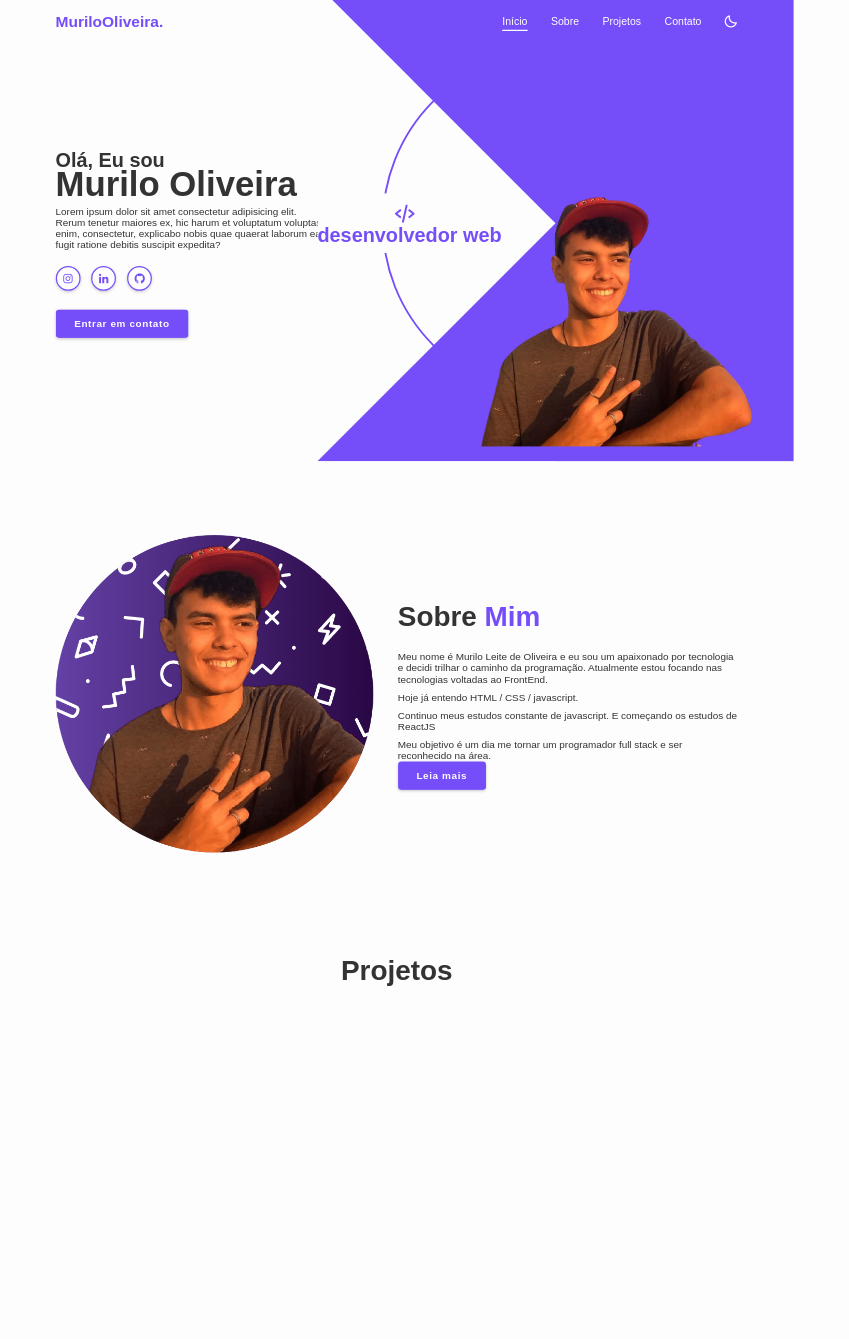
Repository: devMuriloOliveira/Portfolio-
Page: index.html
These files come from the project's save history. The page is drawn as it stood at one moment and after the next save; the edit follows.
The browser window is 1280 px wide. The page is 1280 px wide, then 1370 px, so the pictures cover 1370 px, including what lies to the right of the window. The pictures show the whole page, at 62% of full size.

Above is the page before, as saved 2023-03-12 17:23:38.

### index.html
<!DOCTYPE html>
<html lang="en">
  <head>
    <meta charset="UTF-8" />
    <meta http-equiv="X-UA-Compatible" content="IE=edge" />
    <meta name="viewport" content="width=device-width, initial-scale=1.0" />
    <title>Murilo Oliveira</title>

    <!--box icons-->
    <link
      href="https://unpkg.com/boxicons@2.1.4/css/boxicons.min.css"
      rel="stylesheet"
    />

    <!--font-->
    <link
      rel="stylesheet"
      href="https://fonts.googleapis.com/css2?family=Material+Symbols+Outlined:opsz,wght,FILL,GRAD@20..48,100..700,0..1,-50..200"
    />

    <!--css-->
    <link rel="stylesheet" href="style.css" />
  </head>
  <body>
    <header class="header">
      <a class="logo" href="#">Murilo<span>Oliveira</span>.</a>

      <nav class="navbar">
        <a href="#inicio" class="active">Início</a>
        <a href="#sobre">Sobre</a>
        <a href="#projetos">Projetos</a>
        <a href="#contato">Contato</a>
      </nav>

      <div class="bx bx bx-moon" id="darkMode-icon"></div>
    </header>

    <!------------inicio------------>

    <section class="inicio" id="inicio">
      <div class="inicio-content">
        <h3>Olá, Eu sou</h3>
        <h1>Murilo Oliveira</h1>
        <p>
          Lorem ipsum dolor sit amet consectetur adipisicing elit. Rerum tenetur
          maiores ex, hic harum et voluptatum voluptas enim, consectetur,
          explicabo nobis quae quaerat laborum ea fugit ratione debitis suscipit
          expedita?
        </p>

        <div class="social-media">
          <a href="#"><i class="bx bxl-instagram"></i></a>
          <a href="#"><i class="bx bxl-linkedin"></i></a>
          <a href="#"><i class="bx bxl-github"></i></a>
        </div>

        <a href="#" class="btn">Entrar em contato</a>
      </div>

      <div class="profession-container">
        <div class="profession-box">
          <div class="profession" style="--i: 0">
            <i class="bx bx-code-alt"></i>
            <h3>desenvolvedor web</h3>
          </div>
          <div class="profession" style="--i: 1">
            <i class="bx bx-code-alt"></i>
            <h3>desenvolvedor web</h3>
          </div>
          <div class="profession" style="--i: 2">
            <i class="bx bx-code-alt"></i>
            <h3>desenvolvedor web</h3>
          </div>
          <div class="profession" style="--i: 3">
            <i class="bx bx-code-alt"></i>
            <h3>desenvolvedor web</h3>
          </div>
          <div class="circle"></div>
        </div>

        <div class="overlay"></div>
      </div>

      <div class="inicio-img">
        <img src="assets/homem_sorrindo-removebg-preview.png" alt="" />
      </div>
    </section>

    <!------------sobre------------>

    <section class="sobre" id="sobre">
      <div class="sobre-img">
        <img src="/assets/profile-pic (4).png" alt="" />
      </div>

      <div class="sobre-content">
        <h2 class="heading">Sobre <span>Mim</span></h2>

        <p>
          Meu nome é Murilo Leite de Oliveira e eu sou um apaixonado por
          tecnologia e decidi trilhar o caminho da programação. Atualmente estou
          focando nas tecnologias voltadas ao FrontEnd.
        </p>
        <br />
        <p>Hoje já entendo HTML / CSS / javascript.</p>
        <br />
        <p>
          Continuo meus estudos constante de javascript. E começando os estudos
          de ReactJS
        </p>
        <br />
        <p>
          Meu objetivo é um dia me tornar um programador full stack e ser
          reconhecido na área.
        </p>

        <a href="#" class="btn">Leia mais</a>
      </div>
    </section>

    <!------------projetos------------>

    <section class="projetos" id="projetos">
      <h2 class="heading">Projetos</h2>
    </section>

    <script src="/main.js"></script>
  </body>
</html>

### style.css
*{
  margin: 0;
  padding: 0;
  box-sizing: border-box;
  text-decoration: none;
  border: none;
  outline: none;
  scroll-behavior: smooth;
  font-family: 'Poppins', sans-serif;
}

:root{
  --bg-color: #fdfdfd;
  --text-color: #333;
  --main-color: #754ef9;
  --white-color: #fdfdfd;
  --shadow-color: rgba(0, 0, 0, .2);
}

html{
  font-size: 62.5%;
  overflow-x: hidden;
}

body{
  background: var(--bg-color);
  color: var(--text-color);
}

.header{
  position: fixed;
  top: 0;
  left: 0;
  width: 100%;
  padding: 2rem 7%;
  background: transparent;
  display: flex;
  align-items: center;
  z-index: 100;
  transition: .5s;
}

.sticky{
  background: var(--bg-color);
  box-shadow: 0 .1rem 1rem var(--shadow-color);
}

.logo{
  font-size: 2.5rem;
  color: var(--main-color);
  font-weight: 600;
  cursor: default;
  margin-right: auto;
}

.navbar a{
  position: relative;
  font-size: 1.7rem;
  color: var(--white-color);
  font-weight: 500;
  margin-right: 3.5rem;
}

 .sticky .navbar a{
  color: var(--text-color);
}

 .sticky .navbar a.active{
  color: var(--main-color);
}


.navbar a.active::before{
  content: '';
  position: absolute;
  left: 0;
  bottom: -6px;
  width: 100%;
  height: .2rem;
  background: var(--white-color);
}

  .sticky .navbar a::before{
  background: var(--main-color);
  opacity: .7;
}


#darkMode-icon{
  font-size: 2.4rem;
  color: var(--white-color);
  cursor: pointer;
}

.sticky #darkMode-icon{
  color: var(--text-color);
  opacity: .9;
}

section{
  min-height: 100vh;
  padding: 10rem 7% 2rem;
}

.inicio{
  display: flex;
  align-items: center;
}

.inicio .inicio-content{
  max-width: 44rem;
}

.inicio-content h3{
  font-size: 3.2rem;
  font-weight: 700;
  line-height: .3;
}

.inicio-content h1{
  font-size: 5.6rem;
  font-weight: 700;
  margin-bottom: .3rem;
}

.inicio-content p{
  font-size: 1.6rem;
}

.inicio-content .social-media a{
  display: inline-flex;
  justify-content: center;
  align-items: center;
  width: 4rem;
  height: 4rem;
  background: transparent;
  border: .2rem solid var(--main-color);
  border-radius: 50%;
  box-shadow: 0 .2rem .5rem var(--shadow-color);
  font-size: 2rem;
  color: var(--main-color);
  margin: 2.5rem 1.5rem 3rem 0;
  transition: .5s ease;
}

.inicio-content .social-media a:hover{
  background: var(--main-color);
  color: var(--white-color);
}

.btn{
  display: inline-block;
  padding: 1.2rem 2.8rem;
  background: var(--main-color);
  border-radius: .6rem;
  box-shadow: 0 .2rem .5rem var(--shadow-color);
  font-size: 1.6rem;
  color: var(--white-color);
  letter-spacing: .1rem;
  font-weight: 600;
  border: .2rem solid transparent;
  transition: .5s ease;
}

.btn:hover{
  background: transparent;
  color: var(--main-color);
  border-color: var(--main-color);
}

.inicio .profession-container{
  position: absolute;
  top: 50%;
  right: 0;
  transform: translateY(-50%);
  width: 768px;
  height: 768px;

  overflow: hidden;
  pointer-events: none;
}

.inicio .profession-container .profession-box{
  position: absolute;
  top: 0;
  right: 0;
  width: 768px;
  height: 768px;
  border-radius: 50%;
  display: flex;
  justify-content: center;
  align-items: center;
}

.inicio .profession-box .profession{
  position: absolute;
  left: 0;
  display: flex;
  align-items: center;
  flex-direction: column;
  color: var(--main-color);
  transform: rotate(calc(360deg / 4 * var(--i)));
  transform-origin: 384px;
  background: var(--bg-color);
  padding: 13px 0;
}

.inicio .profession-box .profession:nth-child(1) i {
  margin-right: 15px;
}

.inicio .profession-box .profession:nth-child(2),
.inicio .profession-box .profession:nth-child(4) {
  padding-bottom: 20px;
}

.inicio .profession i{
  font-size: 3.8rem;
}

.inicio .profession h3{
  font-size: 3.2rem;
  line-height: 1;
  font-weight: 600;
}

.inicio .profession-box .circle{
  width: 560px;
  height: 560px;

  border: 3px solid var(--main-color);
  border-radius: 50%;
}

.inicio .profession-container .overlay{
  position: absolute;
  top: 0;
  right: 0;
  width: 0;
  height: 0;
  border-top: 384px solid var(--main-color);
  border-right: 384px solid var(--main-color);
  border-bottom: 384px solid var(--main-color);
  border-left: 384px solid transparent;

}

.inicio-img img{
  position: absolute;
  bottom: 0;
  right: 0;
  width: 50%;
  pointer-events: none;
}

span{
  color: var(--main-color);
}

.sobre{
  display: flex;
  justify-content: center;
  align-items: center;
  gap: 4rem;
}

.sobre-img img{
  width: 40vw;
}

.heading{
  font-size: 4.5rem;
  text-align: center;
}

.sobre-content h2{
  text-align: left;
  line-height: 1.2;
  margin-bottom: 3rem;
}

.sobre-content p{
  font-size: 1.6rem;

}

### main.js
window.addEventListener('scroll', function () {
  const header = document.querySelector('.header')
  header.classList.toggle('sticky', window.scrollY > 100)
})

/*window.onscroll = () => {
  let header = document.querySelector('.header')

  header.classList.toggle('sticky', window.scrollY > 100)
}*/

After the next save:
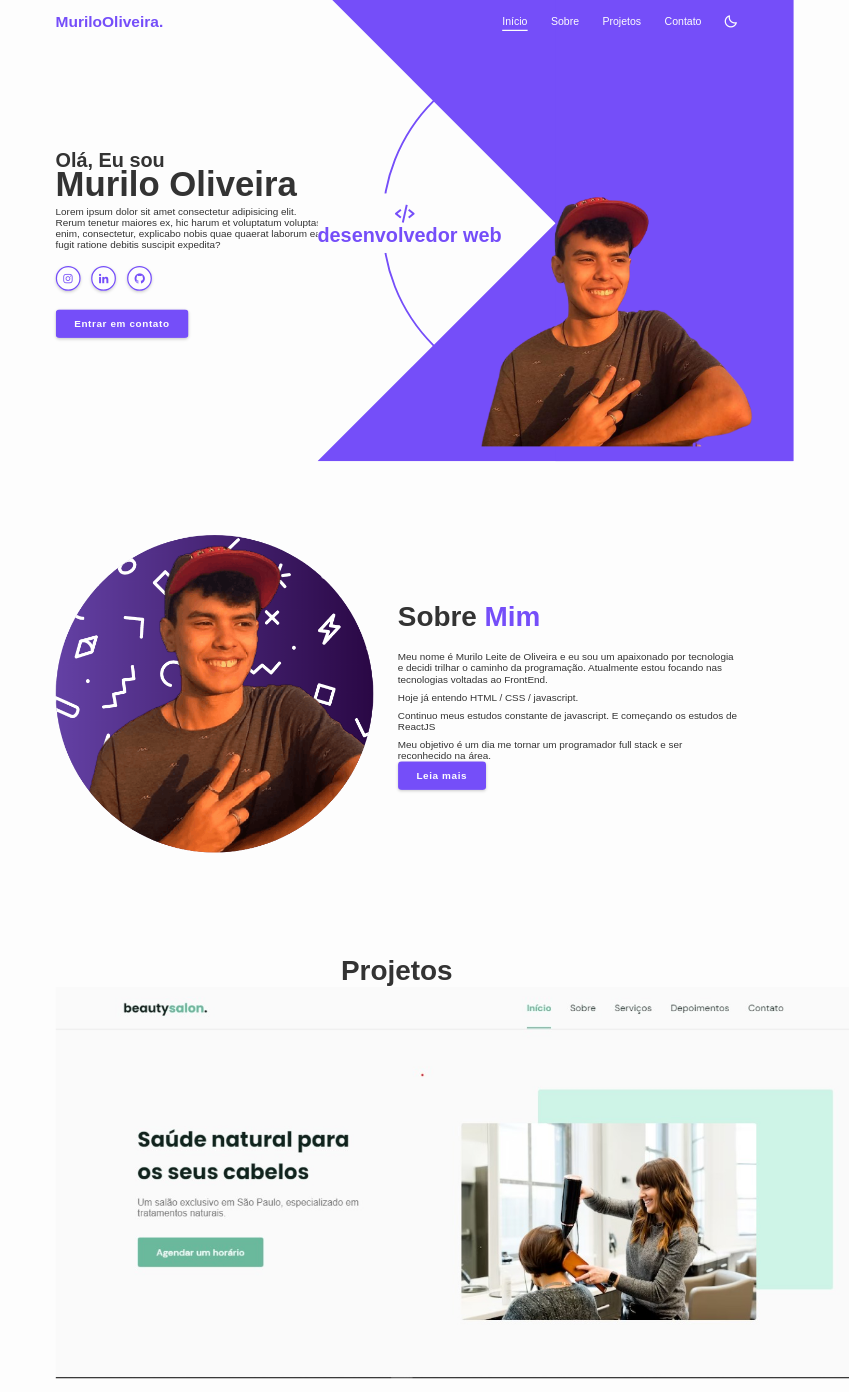
Saved 2 min 38 s later.
--- a/index.html
+++ b/index.html
@@ -122,6 +122,16 @@
 
     <section class="projetos" id="projetos">
       <h2 class="heading">Projetos</h2>
+
+      <div class="projetos-wrapper">
+        <div class="projetos-box">
+          <div class="projetos-content">
+            <div class="projetos-slide">
+              <img src="/assets/salon.jpg" alt="" />
+            </div>
+          </div>
+        </div>
+      </div>
     </section>
 
     <script src="/main.js"></script>
